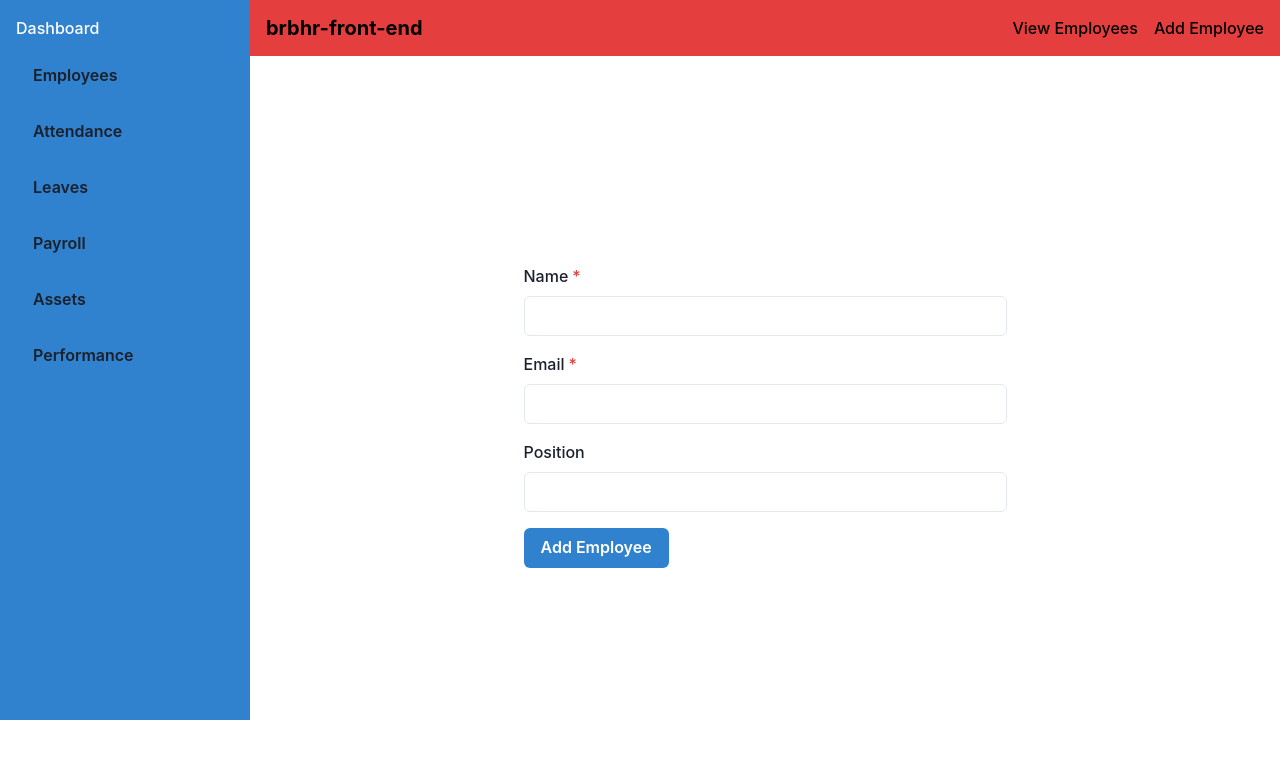
Repository: apipulse/brbhr-frontend
Page: /add-employee
The author's editor kept a copy of each file at every save. The page is drawn from the files as they stood at one save, then again after the next save.
The browser window is 1280 px wide. The pictures show the whole page.
The project was rebuilt for these pictures with package versions that can differ from the ones it lists, and the page was loaded fresh each time. Also part of the build but not shown: vite.config.js, src/components/pages/Home.jsx, src/components/employee/EmployeeList.jsx, src/services/LeaveService.js, src/components/employee/LeaveList.jsx, src/components/employee/LeaveForm.jsx.

Above is the page before, as saved 2024-01-19 20:52:00.

After the next save:
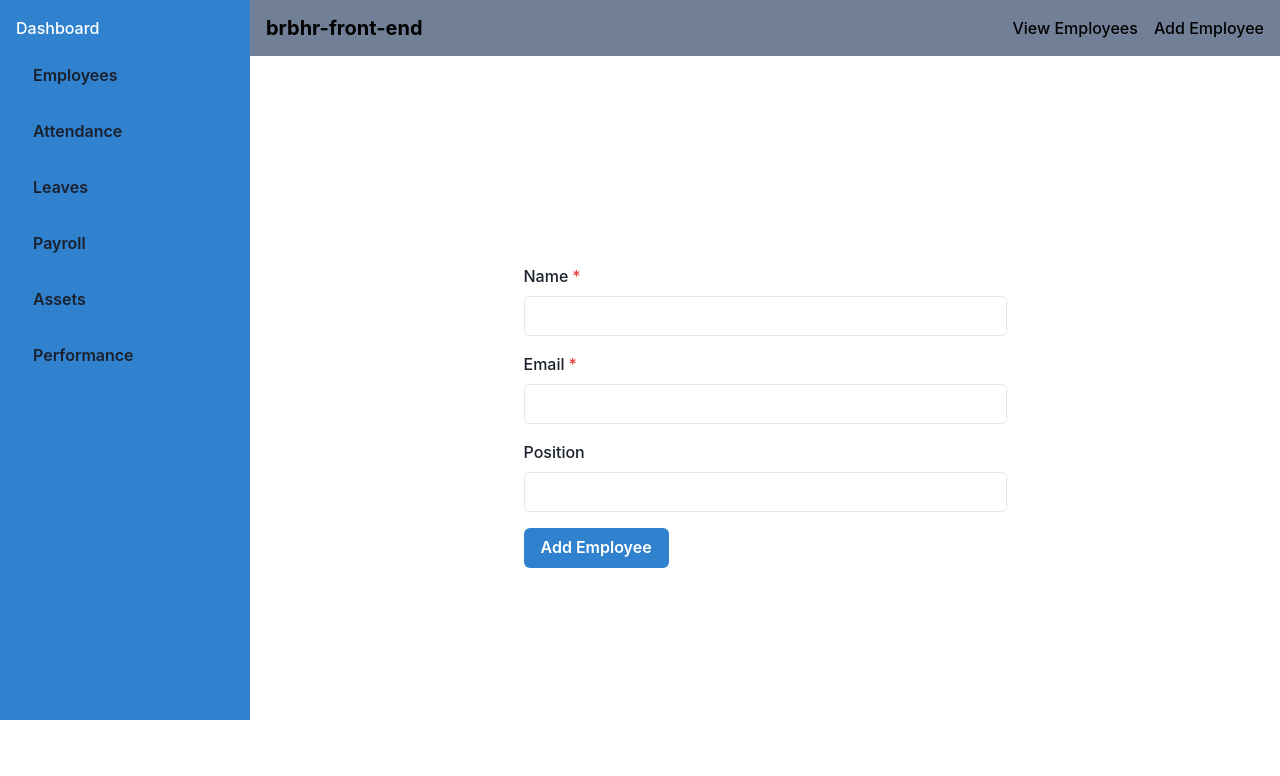
Saved 26 s later.
--- a/src/components/layout/NavBar.jsx
+++ b/src/components/layout/NavBar.jsx
@@ -6,7 +6,7 @@ const NavBar = () => {
 
   return (
     <Flex
-    bg="red.500"
+    bg="gray.500"
     p="4"
     color="black"
     width="full" // Adjust to take full width of the parent container
